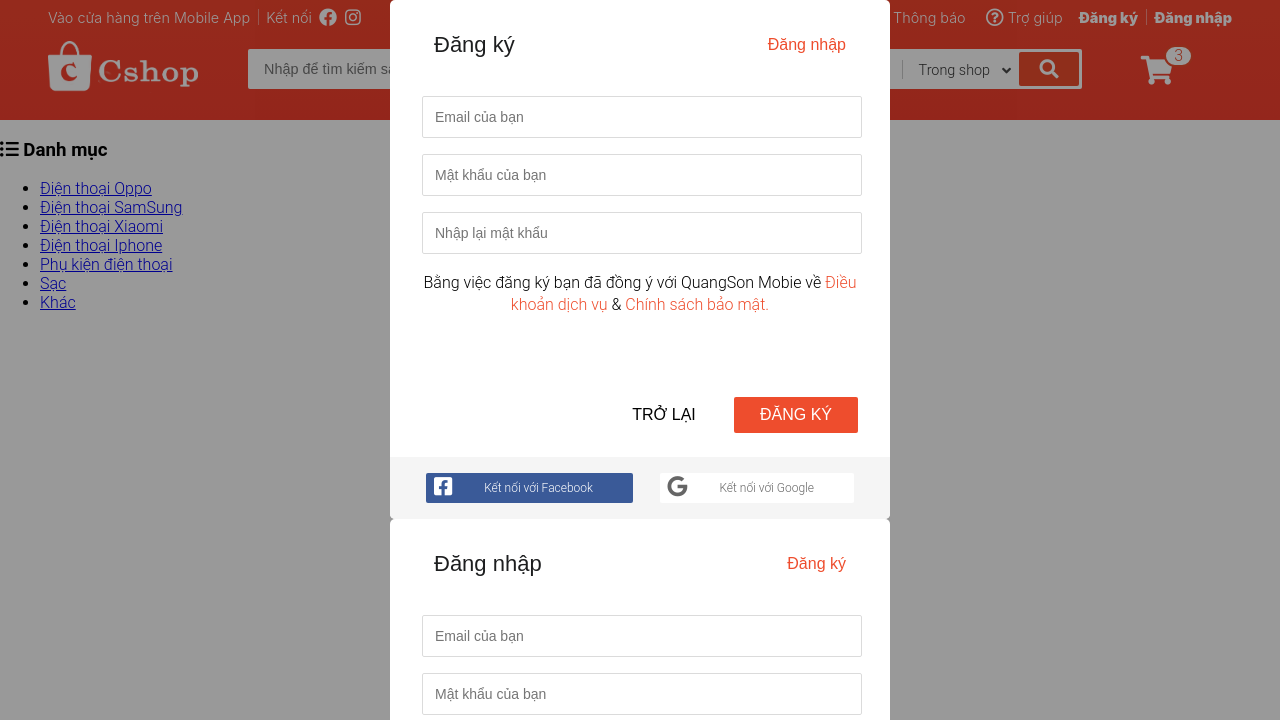
Repository: Qson412/BTL_Web
Page: index.html
The author's editor kept a copy of each file at every save. The page is drawn from the files as they stood at one save, then again after the next save.
The browser window is 1280 px wide. The pictures show the whole page.

Above is the page before, as saved 2021-11-30 20:56:23.

After the next save:
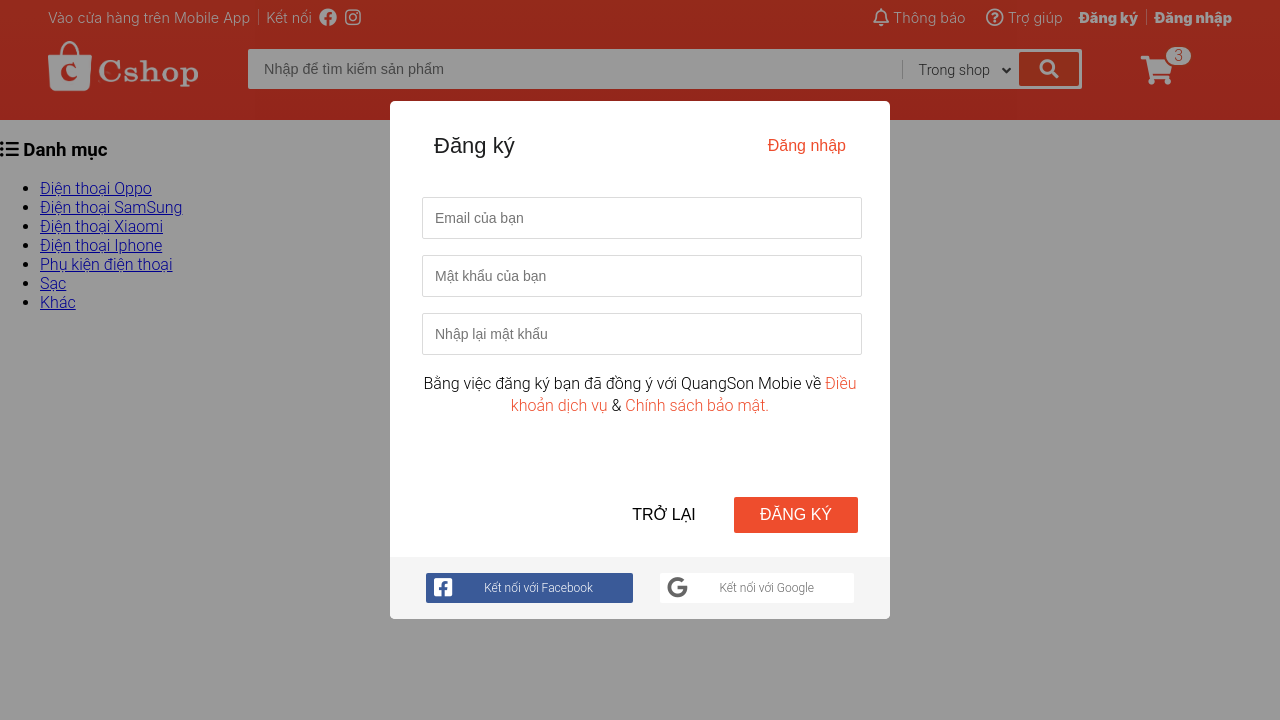
Saved 42 s later.
--- a/index.html
+++ b/index.html
@@ -361,7 +361,7 @@
 
 
     <!-- Login Form-->
-     <div class="auth-form">
+     <!-- <div class="auth-form">
             <div class="auth-form__container">
                 <div class="auth-form__header">
                     <h3 class="auth-form__heading">Đăng nhập</h3>
@@ -400,7 +400,7 @@
             </div>
         </div>
         </div>
-    </div>
+    </div>  -->
 
 </body>
 
